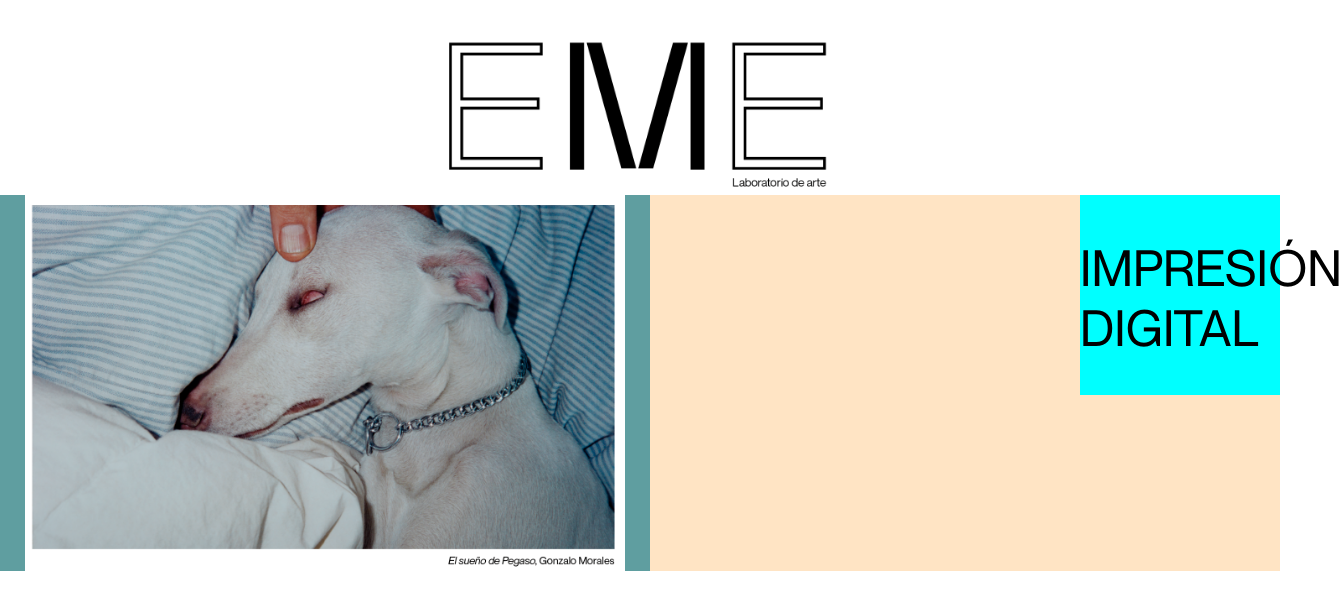
Repository: Manuelujano/eme-lab
Page: /
An editor plug-in stored every save of this project. The page is shown before and after the next save, followed by the edit.
The browser window is 1280 px wide. The page is 1342 px wide, then 1280 px, then 1342 px, so the pictures cover 1342 px, including what lies to the right of the window. The pictures show the whole page.
Some web fonts or font styles are not loaded; a fallback is used. The project was rebuilt for these pictures with package versions that can differ from the ones it lists, and the page was loaded fresh each time. Also part of the build but not shown: src/components/Motion.js, src/components/Prueba.js, src/components/Digital.js, src/components/Trail.js.

Above is the page before, as saved 2020-10-26 12:45:22.

### public/index.html
<!DOCTYPE html>
<html lang="en">
  <head>
    <meta charset="utf-8" />
    <link rel="icon" href="%PUBLIC_URL%/favicon.ico" />
    <meta name="viewport" content="width=device-width, initial-scale=1" />
    <meta name="theme-color" content="#000000" />
    <link href="//db.onlinewebfonts.com/c/7980cc1889b6b0b264dc47cca659f7c2?family=Neue+Montreal" rel="stylesheet" type="text/css"/>
    <meta
      name="description"
      content="Web site created using create-react-app"
    />
    <link rel="apple-touch-icon" href="%PUBLIC_URL%/logo192.png" />
    <!--
      manifest.json provides metadata used when your web app is installed on a
      user's mobile device or desktop. See https://developers.google.com/web/fundamentals/web-app-manifest/
    -->
    <link rel="manifest" href="%PUBLIC_URL%/manifest.json" />
    <!--
      Notice the use of %PUBLIC_URL% in the tags above.
      It will be replaced with the URL of the `public` folder during the build.
      Only files inside the `public` folder can be referenced from the HTML.

      Unlike "/favicon.ico" or "favicon.ico", "%PUBLIC_URL%/favicon.ico" will
      work correctly both with client-side routing and a non-root public URL.
      Learn how to configure a non-root public URL by running `npm run build`.
    -->
    <title>React App</title>
  </head>
  <body>
    <noscript>You need to enable JavaScript to run this app.</noscript>
    <div id="root"></div>
    <!--
      This HTML file is a template.
      If you open it directly in the browser, you will see an empty page.

      You can add webfonts, meta tags, or analytics to this file.
      The build step will place the bundled scripts into the <body> tag.

      To begin the development, run `npm start` or `yarn start`.
      To create a production bundle, use `npm run build` or `yarn build`.
    -->
  </body>
</html>

### src/index.js
import React from 'react';
import ReactDOM from 'react-dom';
import { BrowserRouter } from 'react-router-dom';
import './index.css';
import App from './App';


ReactDOM.render(
  <BrowserRouter>
    <App />
  </BrowserRouter>,
  document.getElementById('root')
);

### src/index.css
body {
  margin: 0;
  font-family: "Neue Montreal";
  -webkit-font-smoothing: antialiased;
  -moz-osx-font-smoothing: grayscale;
}
@font-face {
  font-family: 'Montreal';
  src: url(font/NeueMontreal-Regular.woff);
  font-style: normal;
  font-weight: 100;

}
@font-face {
  font-family: 'Montreal';
  src: url(font/NeueMontreal-RegularItalic.woff);
  font-style: italic;
  font-weight: 100;
}

.trails-main {
  position: relative;
  width: 100%;
  height: 100%;
  overflow: hidden;
  cursor: pointer;
  display: flex;
  justify-content: center;
  align-items: center;
  transform: rotate(90deg);
}

.trails-text {
  position: relative;
  width: 100%;
  height: 70px;
  line-height:70px;
  color: black;
  font-size: 4em;
  font-weight: 100;
  text-transform: uppercase;
  will-change: transform, opacity;
  overflow: hidden;
}

.trails-text > div {
  overflow: hidden;
}
code {
  font-family: source-code-pro, Menlo, Monaco, Consolas, 'Courier New',
    monospace;
}

.logo {
  display: block;
  margin: auto;
  width: 400px;
  padding-top: 2em;
}
.flex-container {
    display: flex;
    background-color: bisque;

}
.img-container {
  align-content: center;
  width: 650px;
  background-color: cadetblue;
}
.pegaso {
  display: block;
  margin: auto;
  width: 600px;
}

.digital {
  font-size: 50px;
  font-family: 'Montreal';
  font-weight: 100;
}
.contdig {
  width: 200px;
  height: 200px;
  display: block;
  margin-left: auto;
  background-color: aqua;
}

### src/App.js
import React from 'react';
import Header from './components/Header';
import Motion from './components/Motion';
import Pegaso from './components/Pegaso';
import { AnimatePresence } from 'framer-motion';
import { BrowserRouter as Router, Switch, Route } from 'react-router-dom';

import Prueba from './components/Prueba';

import Digital from './components/Digital';
import Trail from './components/Trail';




function App() {
  return (
  <Router>
  <Header/>
  <Route
  render={({location})=> (
    <AnimatePresence initial={false} exitBeforeEnter>
      <Switch location={location} key={location.pathname}>
      <Route exact path='/' render={()=> <Pegaso/>}/>
      <Route path='/digital' render={()=> <Digital/>}/>
      </Switch>
    </AnimatePresence>
  )}

  />


   {/* <Prueba></Prueba> */}
   {/* <Trail></Trail> */}

  {/*  <Motion></Motion> */}

  </Router>
  );
}

export default App;

### src/components/Header.js
import React from 'react';

import { Link } from 'react-router-dom';

import logoblanco from '../img/logoblanco.png';
import Container from '@material-ui/core/Container';

const Header = () => {
    return (
        <header>

            <Container maxWidth="sm">
            <Link to='/'>
            <img  className="logo" src={logoblanco}/>
            </Link>
            </Container>
        </header>
    )
}

export default Header

### src/components/Pegaso.js
import React from 'react'
import pegaso from '../img/pegaso.png';
import { motion } from 'framer-motion';
import { Link } from 'react-router-dom';


const transition = { duration: 0.6, ease: [0.43, 0.13, 0.23, 0.96]}

const Pegaso = () => {
    return (
        <div className="flex-container">

            <div className="img-container">
             <motion.img
             className="pegaso"
             src={pegaso}
             whileHover={{ scale: 1.02 }}
             transition={transition}/>
            </div>
            <div className="contdig">
                <h2 className="digital">
                    IMPRESIÓN <br/> DIGITAL
                </h2>
            </div>

        </div>
    )
}

export default Pegaso

After the next save:
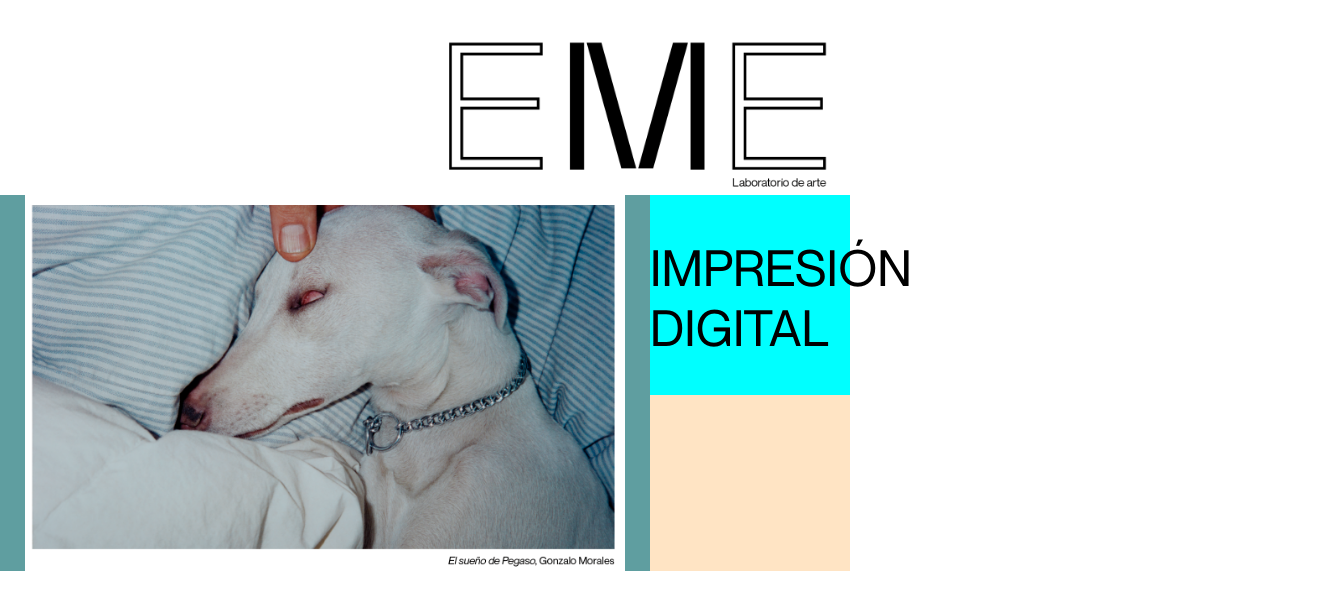
Saved 45 s later.
--- a/src/index.css
+++ b/src/index.css
@@ -60,6 +60,7 @@
 .flex-container {
     display: flex;
     background-color: bisque;
+    width: max-content;
 
 }
 .img-container {

After the save that followed:
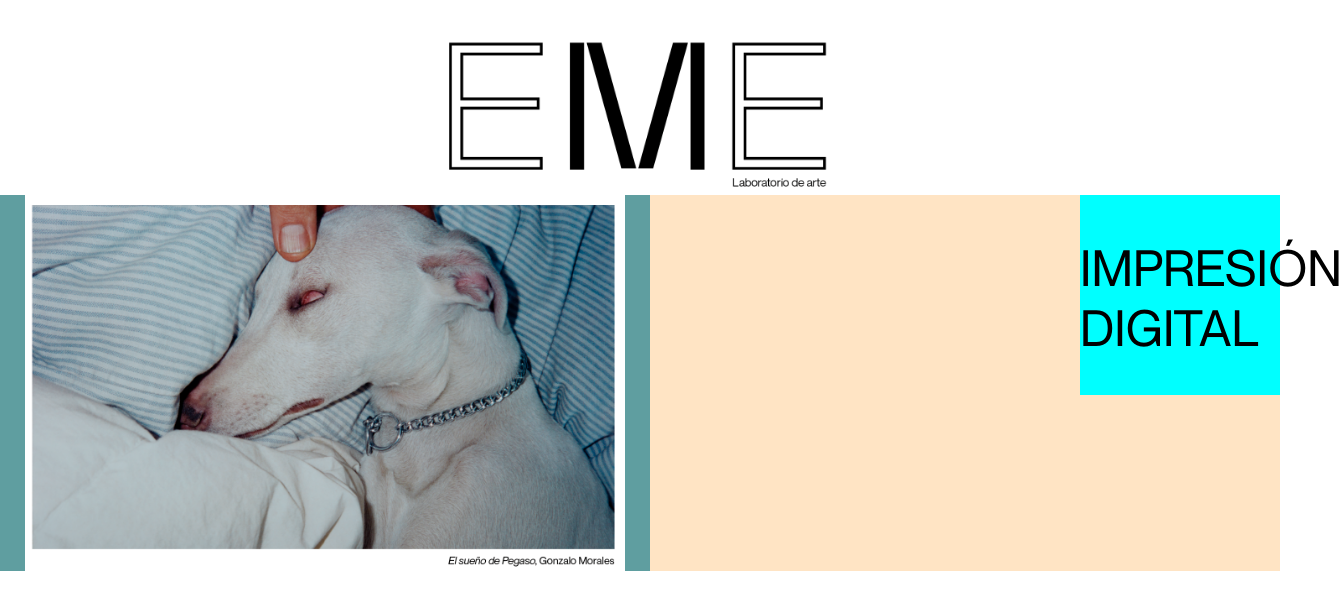
Saved 6 s later.
--- a/src/index.css
+++ b/src/index.css
@@ -60,7 +60,6 @@
 .flex-container {
     display: flex;
     background-color: bisque;
-    width: max-content;
 
 }
 .img-container {
